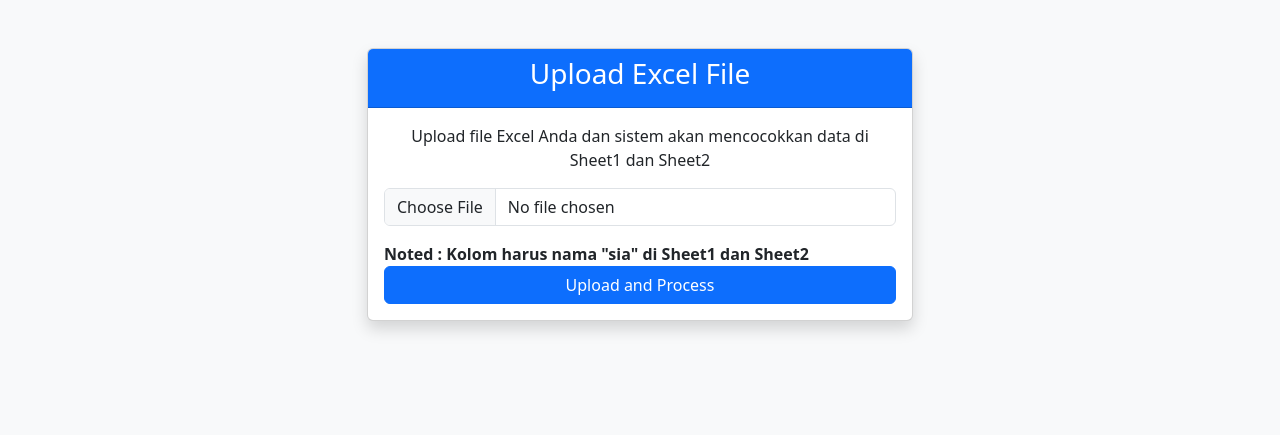
Repository: fatur04/Excel-Matching-Web-App
Page: http://localhost/
The author's editor kept a copy of each file at every save. The page is drawn from the files as they stood at one save, then again after the next save.
The browser window is 1280 px wide. The pictures show the whole page.
The page is served by the project's application, run on Flask 3 (app.py).

Above is the page before, as saved 2024-11-04 21:48:20.

After the next save:
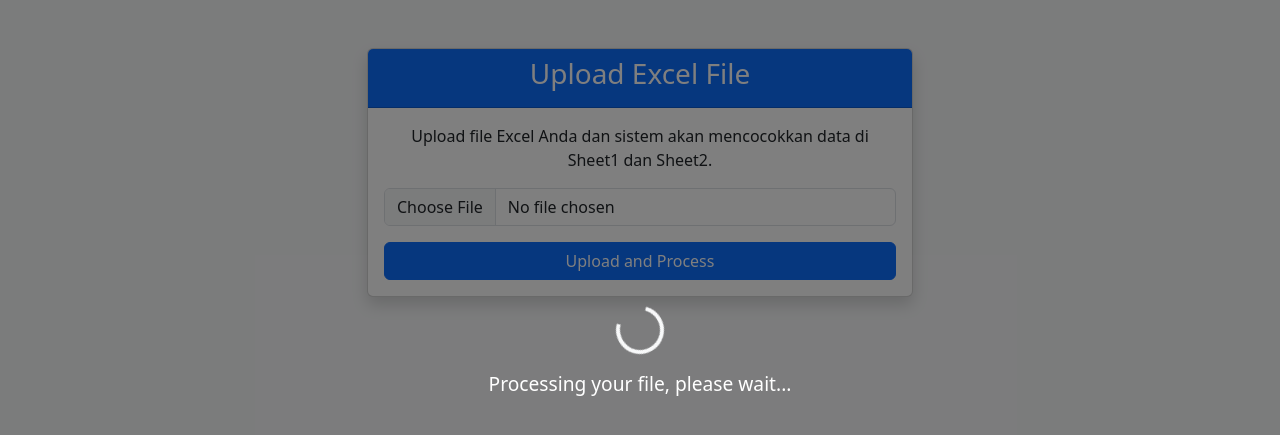
Saved 2 min 45 s later.
--- a/templates/index.html
+++ b/templates/index.html
@@ -6,6 +6,30 @@
     <title>Excel Matching Web App</title>
     <!-- Bootstrap CSS -->
     <link href="https://cdn.jsdelivr.net/npm/bootstrap@5.3.0/dist/css/bootstrap.min.css" rel="stylesheet">
+    <style>
+        /* Gaya overlay loading */
+        #loadingOverlay {
+            position: fixed;
+            top: 0;
+            left: 0;
+            width: 100%;
+            height: 100%;
+            background-color: rgba(0, 0, 0, 0.5); /* Warna semi-transparan */
+            display: none;
+            align-items: center;
+            justify-content: center;
+            z-index: 1050; /* Tingkatkan z-index agar di atas elemen lainnya */
+        }
+        #loadingOverlay .spinner-border {
+            width: 3rem;
+            height: 3rem;
+        }
+        #loadingOverlay p {
+            color: white;
+            margin-top: 1rem;
+            font-size: 1.2rem;
+        }
+    </style>
 </head>
 <body class="bg-light">
     <div class="container py-5">
@@ -16,37 +40,36 @@
                         <h3>Upload Excel File</h3>
                     </div>
                     <div class="card-body">
-                        <p class="text-center">Upload file Excel Anda dan sistem akan mencocokkan data di Sheet1 dan Sheet2</p>
+                        <p class="text-center">Upload file Excel Anda dan sistem akan mencocokkan data di Sheet1 dan Sheet2.</p>
                         <form id="uploadForm" action="/upload" method="POST" enctype="multipart/form-data">
                             <div class="mb-3">
                                 <input type="file" name="file" accept=".xlsx" class="form-control" required>
                             </div>
-                            <b class="text-center">Noted : Kolom harus nama "sia" di Sheet1 dan Sheet2</b>
                             <div class="d-grid">
                                 <button type="submit" class="btn btn-primary">Upload and Process</button>
                             </div>
                         </form>
-
-                        <!-- Loading Spinner -->
-                        <div id="loading" class="text-center mt-3" style="display: none;">
-                            <div class="spinner-border text-primary" role="status">
-                                <span class="visually-hidden">Loading...</span>
-                            </div>
-                            <p>Processing your file, please wait...</p>
-                        </div>
                     </div>
                 </div>
             </div>
         </div>
     </div>
 
+    <!-- Overlay Loading -->
+    <div id="loadingOverlay" class="d-flex flex-column">
+        <div class="spinner-border text-light" role="status">
+            <span class="visually-hidden">Loading...</span>
+        </div>
+        <p>Processing your file, please wait...</p>
+    </div>
+
     <!-- Bootstrap JS dan JavaScript -->
     <script src="https://cdn.jsdelivr.net/npm/bootstrap@5.3.0/dist/js/bootstrap.bundle.min.js"></script>
     <script>
-        // JavaScript untuk menampilkan loading spinner saat form disubmit
+        // JavaScript untuk menampilkan overlay loading saat form disubmit
         document.getElementById('uploadForm').addEventListener('submit', function () {
-            // Tampilkan elemen loading
-            document.getElementById('loading').style.display = 'block';
+            // Tampilkan overlay loading
+            document.getElementById('loadingOverlay').style.display = 'flex';
             // Nonaktifkan tombol submit untuk mencegah pengiriman ganda
             this.querySelector('button[type="submit"]').disabled = true;
         });

After the save that followed:
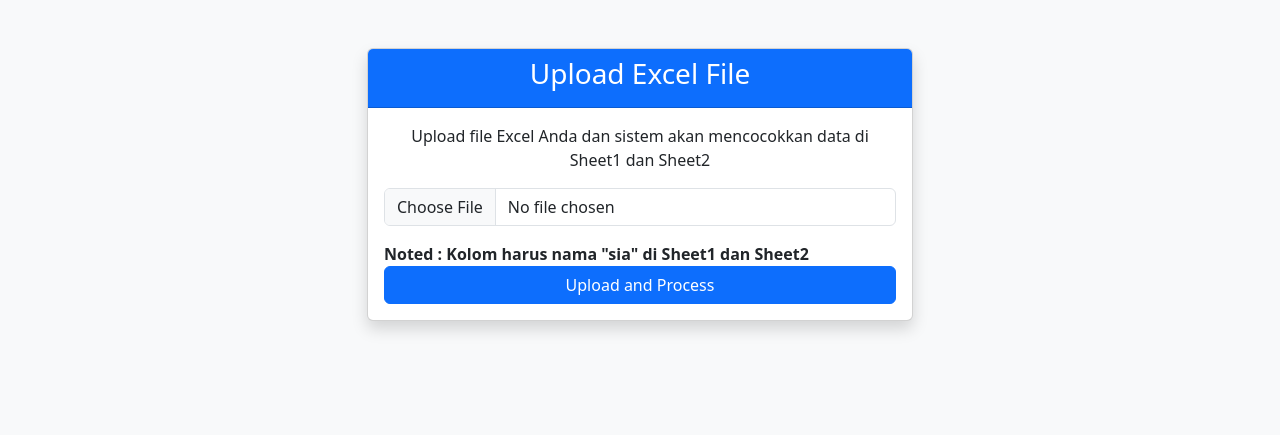
Saved 25 s later.
--- a/templates/index.html
+++ b/templates/index.html
@@ -6,30 +6,6 @@
     <title>Excel Matching Web App</title>
     <!-- Bootstrap CSS -->
     <link href="https://cdn.jsdelivr.net/npm/bootstrap@5.3.0/dist/css/bootstrap.min.css" rel="stylesheet">
-    <style>
-        /* Gaya overlay loading */
-        #loadingOverlay {
-            position: fixed;
-            top: 0;
-            left: 0;
-            width: 100%;
-            height: 100%;
-            background-color: rgba(0, 0, 0, 0.5); /* Warna semi-transparan */
-            display: none;
-            align-items: center;
-            justify-content: center;
-            z-index: 1050; /* Tingkatkan z-index agar di atas elemen lainnya */
-        }
-        #loadingOverlay .spinner-border {
-            width: 3rem;
-            height: 3rem;
-        }
-        #loadingOverlay p {
-            color: white;
-            margin-top: 1rem;
-            font-size: 1.2rem;
-        }
-    </style>
 </head>
 <body class="bg-light">
     <div class="container py-5">
@@ -40,36 +16,37 @@
                         <h3>Upload Excel File</h3>
                     </div>
                     <div class="card-body">
-                        <p class="text-center">Upload file Excel Anda dan sistem akan mencocokkan data di Sheet1 dan Sheet2.</p>
+                        <p class="text-center">Upload file Excel Anda dan sistem akan mencocokkan data di Sheet1 dan Sheet2</p>
                         <form id="uploadForm" action="/upload" method="POST" enctype="multipart/form-data">
                             <div class="mb-3">
                                 <input type="file" name="file" accept=".xlsx" class="form-control" required>
                             </div>
+                            <b class="text-center">Noted : Kolom harus nama "sia" di Sheet1 dan Sheet2</b>
                             <div class="d-grid">
                                 <button type="submit" class="btn btn-primary">Upload and Process</button>
                             </div>
                         </form>
+
+                        <!-- Loading Spinner -->
+                        <div id="loading" class="text-center mt-3" style="display: none;">
+                            <div class="spinner-border text-primary" role="status">
+                                <span class="visually-hidden">Loading...</span>
+                            </div>
+                            <p>Processing your file, please wait...</p>
+                        </div>
                     </div>
                 </div>
             </div>
         </div>
     </div>
 
-    <!-- Overlay Loading -->
-    <div id="loadingOverlay" class="d-flex flex-column">
-        <div class="spinner-border text-light" role="status">
-            <span class="visually-hidden">Loading...</span>
-        </div>
-        <p>Processing your file, please wait...</p>
-    </div>
-
     <!-- Bootstrap JS dan JavaScript -->
     <script src="https://cdn.jsdelivr.net/npm/bootstrap@5.3.0/dist/js/bootstrap.bundle.min.js"></script>
     <script>
-        // JavaScript untuk menampilkan overlay loading saat form disubmit
+        // JavaScript untuk menampilkan loading spinner saat form disubmit
         document.getElementById('uploadForm').addEventListener('submit', function () {
-            // Tampilkan overlay loading
-            document.getElementById('loadingOverlay').style.display = 'flex';
+            // Tampilkan elemen loading
+            document.getElementById('loading').style.display = 'block';
             // Nonaktifkan tombol submit untuk mencegah pengiriman ganda
             this.querySelector('button[type="submit"]').disabled = true;
         });
